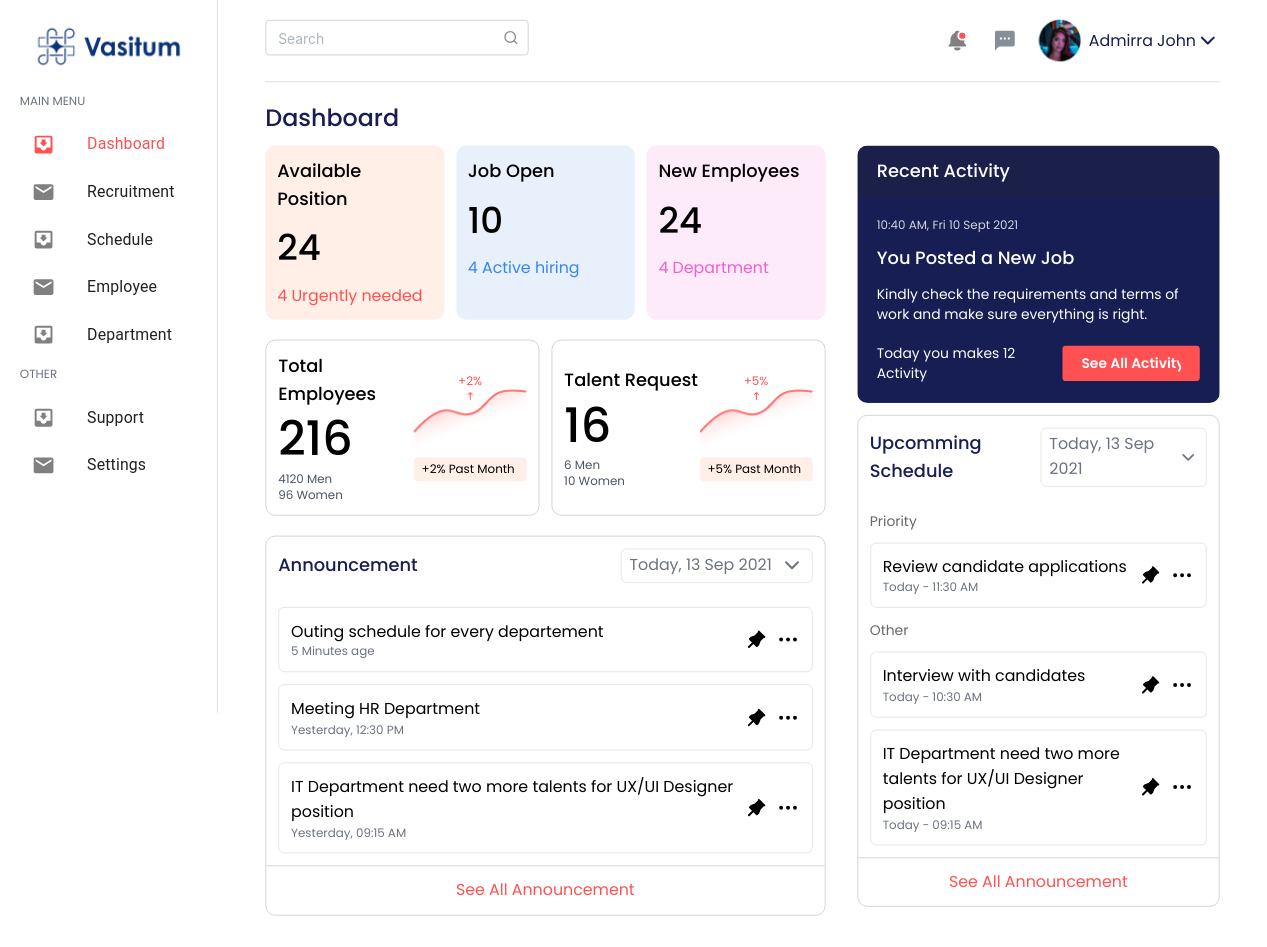
Repository: SatyaDewangan05/sample-dashboard
Page: /
An editor plug-in stored every save of this project. The page is shown before and after the next save, followed by the edit.
The browser window is 1280 px wide. The pictures show the whole page, at 99% of full size.
The project was rebuilt for these pictures with package versions that can differ from the ones it lists, and the page was loaded fresh each time. The framework's server and built-in components were replaced by stand-ins that run in the browser. Also part of the build but not shown: next.config.mjs.

Above is the page before, as saved 2024-09-22 09:20:54.

After the next save:
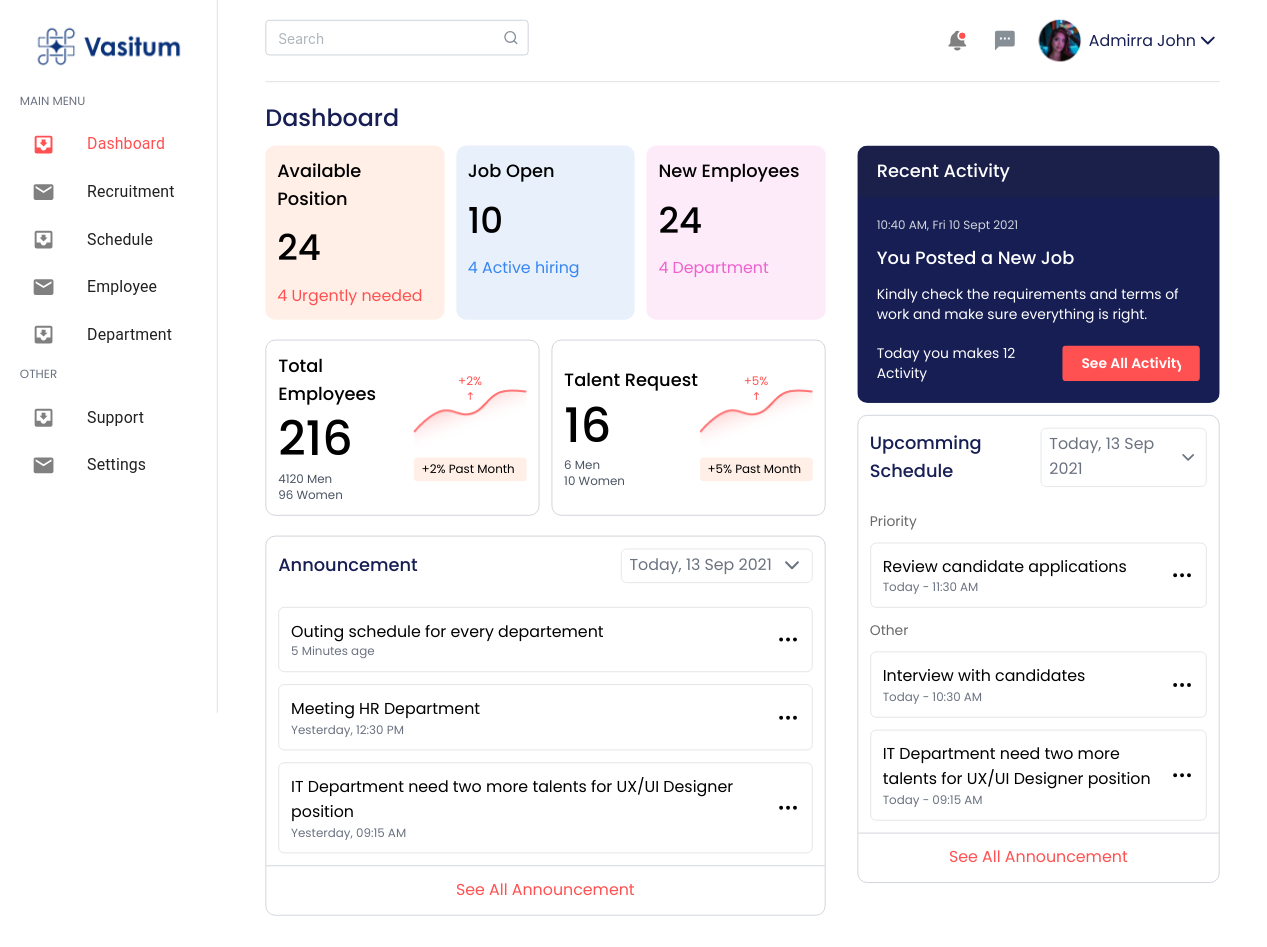
Saved 37 s later.
--- a/src/app/components/card/Event.jsx
+++ b/src/app/components/card/Event.jsx
@@ -1,7 +1,7 @@
 import { IconDots, IconPinFilled } from "@tabler/icons-react";
 import { useState } from "react";
 
-const Event = ({ text, lastUpdate }) => {
+const Event = ({ text, lastUpdate, pin }) => {
   const [pinned, setPinned] = useState(false);
   return (
     <div className="w-full p-3 rounded-md border flex justify-between items-center">
@@ -10,11 +10,13 @@ const Event = ({ text, lastUpdate }) => {
         <p className="text-xs text-gray-500">{lastUpdate}</p>
       </div>
       <div className="flex gap-2 items-center">
-        <IconPinFilled
-          color={pinned ? "gray" : "unset"}
-          className="hover:cursor-pointer"
-          onClick={() => setPinned((prevState) => !prevState)}
-        />
+        {pin ? (
+          <IconPinFilled
+            color={pinned ? "gray" : "unset"}
+            className="hover:cursor-pointer"
+            onClick={() => setPinned((prevState) => !prevState)}
+          />
+        ) : null}
         <IconDots />
       </div>
     </div>
